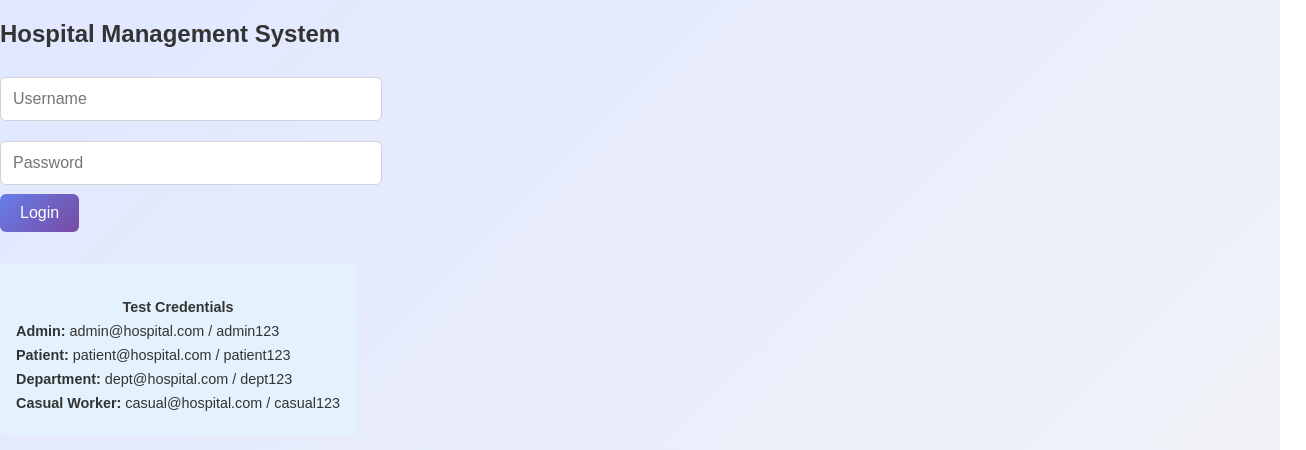
Repository: Ndegwa2/Kenyatta
Page: / (app in hospital-system/frontend/)
These files come from the project's save history. The page is drawn as it stood at one moment and after the next save; the edit follows.
The browser window is 1280 px wide. The page is 1280 px wide, then 1306 px, so the pictures cover 1306 px, including what lies to the right of the window. The pictures show the whole page.
The project was rebuilt for these pictures with package versions that can differ from the ones it lists, and the page was loaded fresh each time. Also part of the build but not shown: hospital-system/frontend/src/components/Navbar.jsx, hospital-system/frontend/src/components/Sidebar.jsx, hospital-system/frontend/src/services/api.js, hospital-system/frontend/src/components/PatientProfile.jsx, hospital-system/frontend/src/components/AppointmentScheduler.jsx, hospital-system/frontend/src/components/AppointmentList.jsx, hospital-system/frontend/src/pages/PatientDashboard.css, hospital-system/frontend/src/pages/PatientDashboard.jsx and 6 more.

Above is the page before, as saved 2025-10-21 20:19:32.

After the next save:
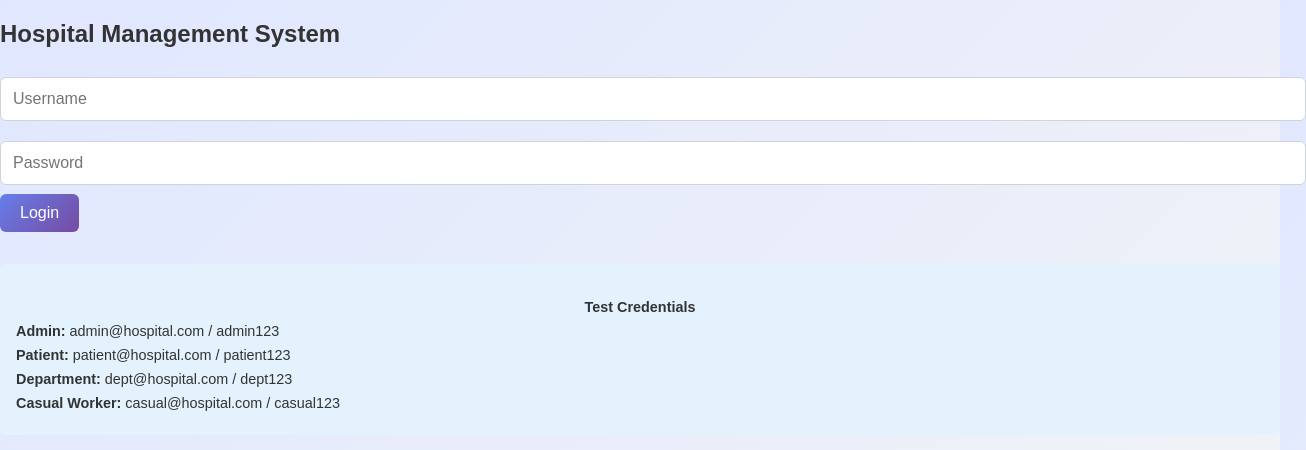
Saved 68 s later.
--- a/hospital-system/frontend/src/App.css
+++ b/hospital-system/frontend/src/App.css
@@ -1,11 +1,30 @@
 /* ===== Base Layout ===== */
+html, body {
+  width: 100vw;
+  height: 100vh;
+  margin: 0;
+  padding: 0;
+}
+
 body {
   font-family: "Poppins", sans-serif;
   background: linear-gradient(135deg, #e0e7ff, #f3f4f6);
   color: #333;
-  margin: 0;
   display: flex;
-  height: 100vh;
+  flex-direction: column;
+}
+
+/* Dashboard Layout */
+.dashboard {
+  display: flex;
+  flex: 1;
+  width: 100%;
+}
+
+.content {
+  display: flex;
+  flex: 1;
+  width: 100%;
 }
 
 /* ===== Sidebar ===== */
